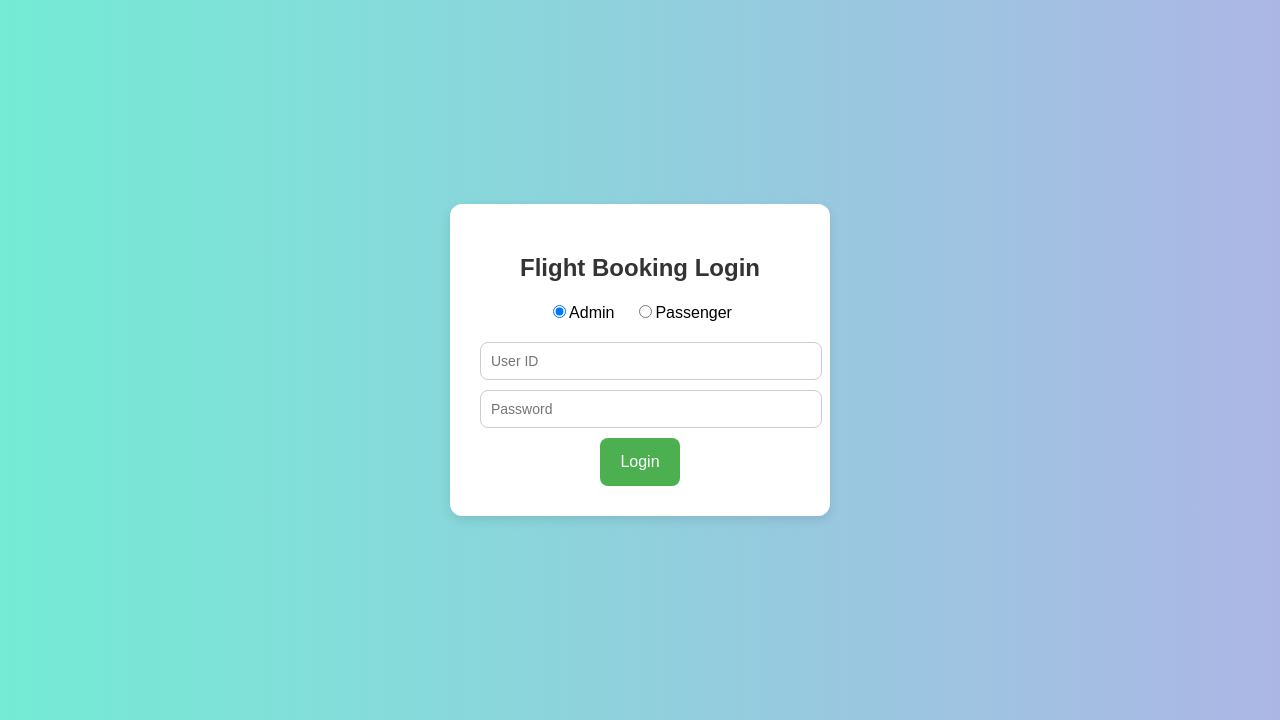
Repository: Shenes35/Booking-system
Page: / (app in frontend/)
The author's editor kept a copy of each file at every save. The page is drawn from the files as they stood at one save, then again after the next save.
The browser window is 1280 px wide. The pictures show the whole page.
The project was rebuilt for these pictures with package versions that can differ from the ones it lists, and the page was loaded fresh each time.

Above is the page before, as saved 2025-05-19 10:41:34.

### frontend/src/index.js
import React from 'react';
import ReactDOM from 'react-dom/client';
import './index.css';
import App from './App.jsx';       // ONLY one import of App
import reportWebVitals from './reportWebVitals';

const root = ReactDOM.createRoot(document.getElementById('root'));
root.render(
  <React.StrictMode>
    <App />
  </React.StrictMode>
);

reportWebVitals();

### frontend/src/App.jsx
import React, { useState } from 'react';
import LoginPage from './components/LoginPage';

const App = () => {
  const [userRole, setUserRole] = useState(null);

  if (!userRole) {
    return <LoginPage setUserRole={setUserRole} />;
  }

  return (
    <div>
      <h1>Welcome, {userRole}!</h1>
      {/* Add more UI or navigation here */}
    </div>
  );
};

export default App;

### frontend/src/components/LoginPage.jsx
import React, { useState } from 'react';

const LoginPage = ({ setUserRole }) => {
  const [role, setRole] = useState('admin');
  const [userId, setUserId] = useState('');
  const [password, setPassword] = useState('');

  const handleSubmit = (e) => {
    e.preventDefault();
    if (!userId || !password) {
      alert('Please enter User ID and Password');
      return;
    }
    setUserRole(role);
  };

  return (
    <div style={styles.container}>
      <div style={styles.card}>
        <h2 style={styles.title}>Flight Booking Login</h2>
        <form onSubmit={handleSubmit}>
            <div style={styles.roleSelection}>
            <label style={styles.radioLabel}>
                <input type="radio" value="admin" checked={role === 'admin'} onChange={() => setRole('admin')} />
                Admin
            </label>
            <label style={styles.radioLabel}>
                <input type="radio" value="passenger" checked={role === 'passenger'} onChange={() => setRole('passenger')} />
                Passenger
            </label>
            </div>
            <input
                type="text"
                placeholder="User ID"
                value={userId}
                onChange={(e) => setUserId(e.target.value)}
                style={styles.input}
            />
            <input
                type="password"
                placeholder="Password"
                value={password}
                onChange={(e) => setPassword(e.target.value)}
                style={styles.input}
            />
            <button type="submit" style={styles.button}>Login</button>
        </form>
        </div>
    </div>
  );
};
const styles = {
  container: {
    display: 'flex',
    justifyContent: 'center',
    alignItems: 'center',
    height: '100vh',
    background: 'linear-gradient(to right, #74ebd5, #ACB6E5)',
    fontFamily: 'Arial, sans-serif',
  },
  card: {
    padding: '30px',
    borderRadius: '12px',
    backgroundColor: '#ffffff',
    boxShadow: '0 4px 12px rgba(0, 0, 0, 0.1)',
    minWidth: '320px',
    textAlign: 'center',
  },
  title: {
    marginBottom: '20px',
    color: '#333',
  },
  roleSelection: {
    display: 'flex',
    justifyContent: 'center',
    gap: '20px',
    marginBottom: '20px',
  },
  radioLabel: {
    fontSize: '16px',
  },
  input: {
    display: 'block',
    width: '100%',
    padding: '10px',
    margin: '10px 0',
    border: '1px solid #ccc',
    borderRadius: '8px',
    fontSize: '14px',
  },
  button: {
    backgroundColor: '#4CAF50',
    color: '#ffff',
    padding: '15px 20px',
    border: 'none',
    borderRadius: '8px',
    cursor: 'pointer',
    fontSize: '16px',
    marginTop: '0px',
    transition: 'background-color 0.3s ease',
  },
};

export default LoginPage;

Loaded but not shown: frontend/public/index.html (common file); frontend/src/index.css (common file); frontend/src/reportWebVitals.js (common file)

After the next save:
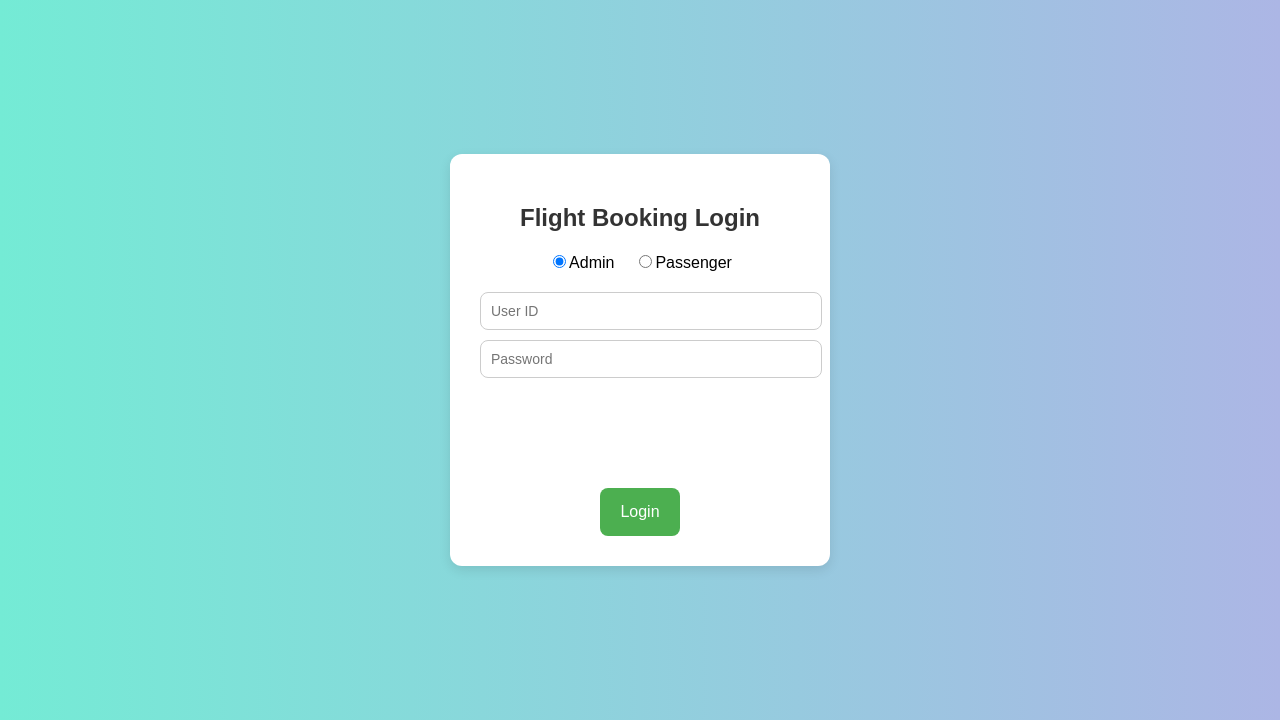
Saved 6 s later.
--- a/frontend/src/components/LoginPage.jsx
+++ b/frontend/src/components/LoginPage.jsx
@@ -96,7 +96,7 @@ const styles = {
     borderRadius: '8px',
     cursor: 'pointer',
     fontSize: '16px',
-    marginTop: '0px',
+    marginTop: '100px',
     transition: 'background-color 0.3s ease',
   },
 };
